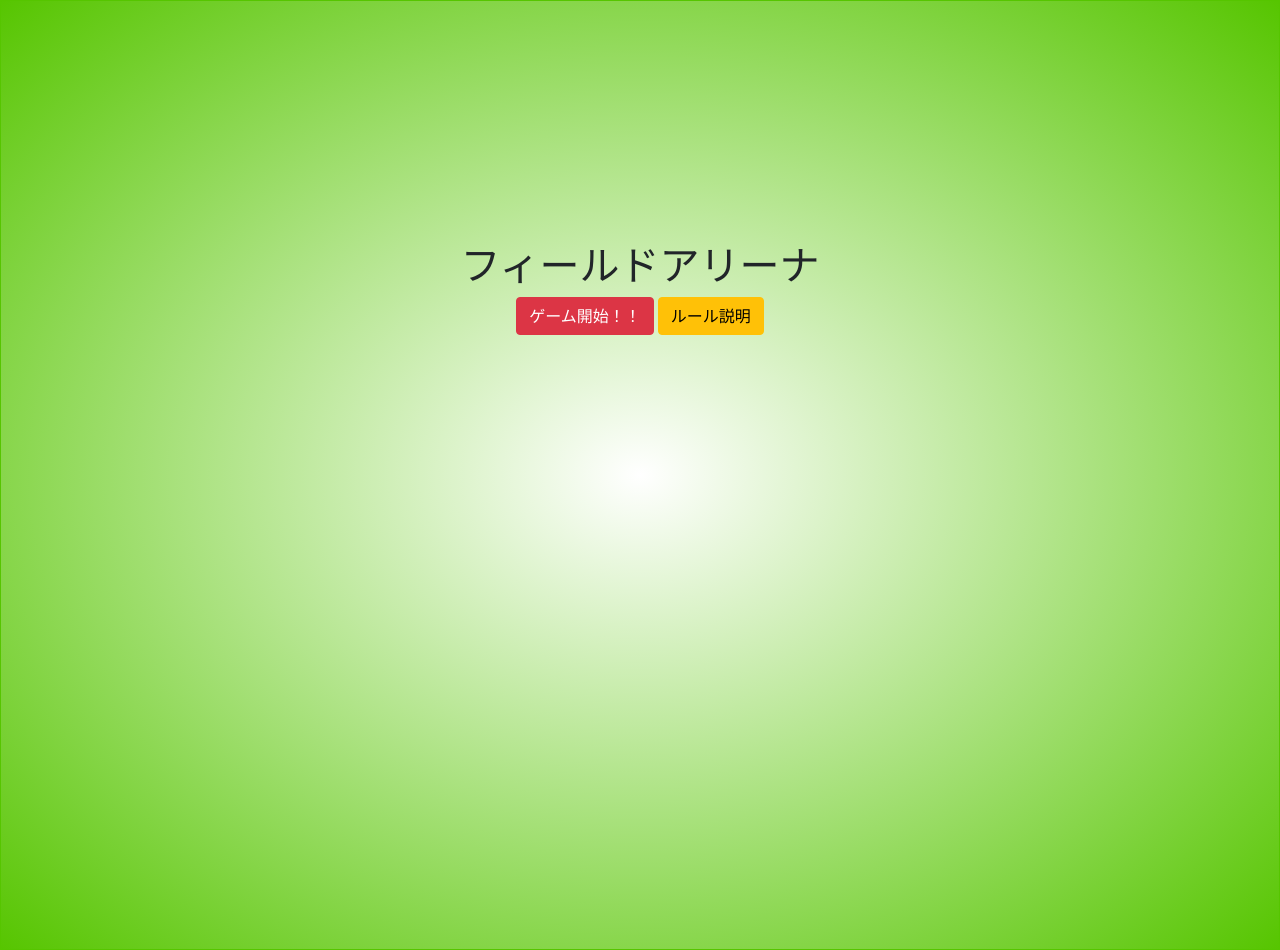
Repository: e1b21074/field_arena
Page: .log/field_arena/src/main/resources/static/index.html
These files come from the project's save history. The page is drawn as it stood at one moment and after a run of saves; the edit follows.
The browser window is 1280 px wide. The pictures show the whole page.

Above is the page before, as saved 2024-01-09 14:55:15.

### .log/field_arena/src/main/resources/static/index.html
<!DOCTYPE html>
<html lang="en">

<head>
  <meta charset="UTF-8">
  <meta name="viewport" content="width=device-width, initial-scale=1.0">
  <!-- bootstrap CSS -->
  <link href="https://cdn.jsdelivr.net/npm/bootstrap@5.0.2/dist/css/bootstrap.min.css" rel="stylesheet"
    integrity="sha384-EVSTQN3/azprG1Anm3QDgpJLIm9Nao0Yz1ztcQTwFspd3yD65VohhpuuCOmLASjC" crossorigin="anonymous">

  <title>カードゲーム</title>

  <style>
    .gradient {
      background:radial-gradient(#fff, #56C500);
      height: 950px;
      border: 1px solid #56C500;
  }
  </style>
</head>

<body class="gradient">
  <center>
    <div style="text-align: center;">
      <br><br><br><br><br><br><br><br><br><br>

      <h1>フィールドアリーナ</h1>
      <button type="button" class="btn btn-danger" onclick="location.href='/gamearea'">ゲーム開始！！</button>
      <button type="button" class="btn btn-warning" onclick="location.href='/rule'">ルール説明</button>
    </div>
  </center>

  <script src="https://cdn.jsdelivr.net/npm/bootstrap@5.0.2/dist/js/bootstrap.bundle.min.js"
    integrity="sha384-MrcW6ZMFYlzcLA8Nl+NtUVF0sA7MsXsP1UyJoMp4YLEuNSfAP+JcXn/tWtIaxVXM"
    crossorigin="anonymous"></script>
</body>

</html>

After the next 2 saves:
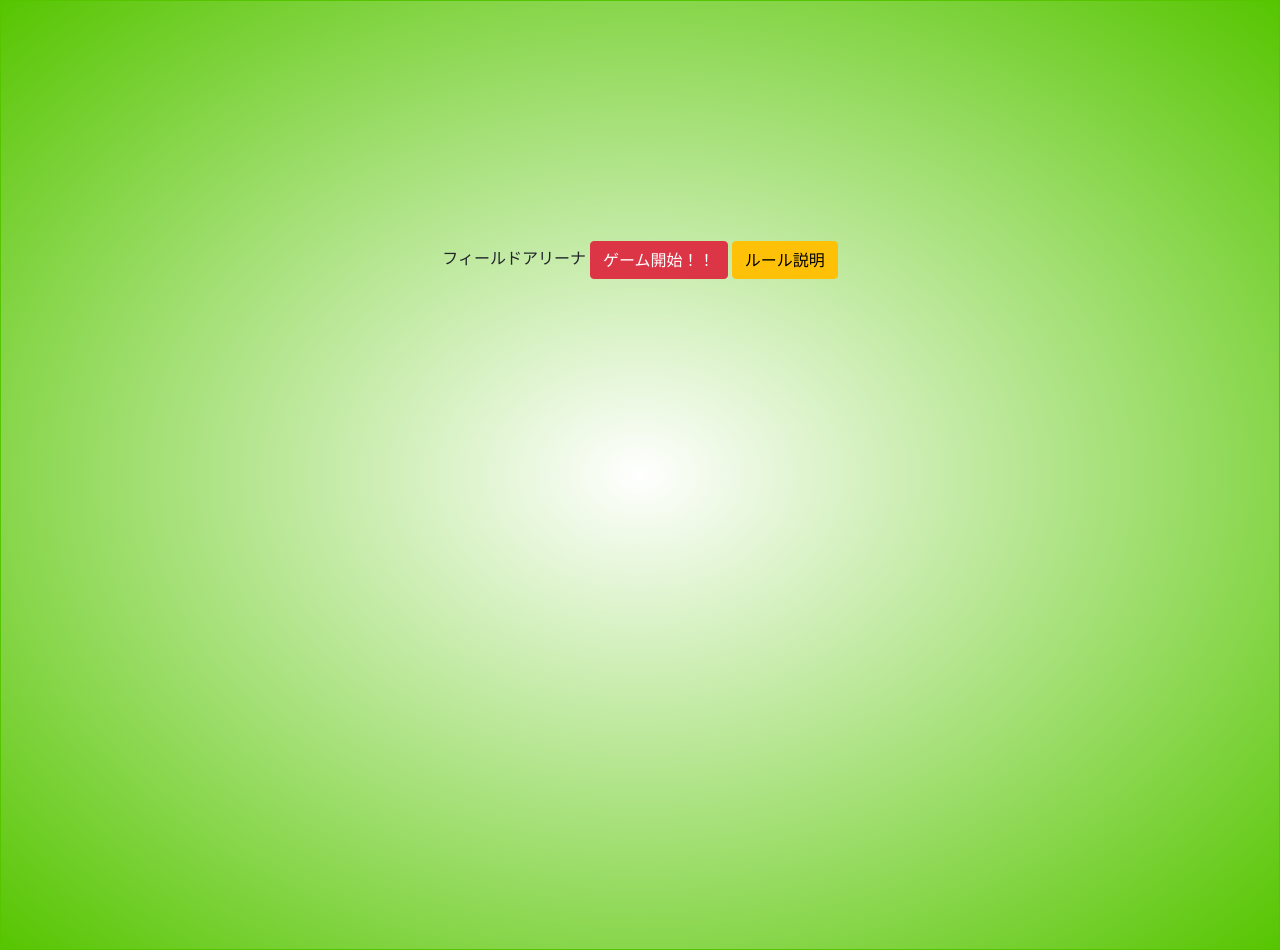
The 2 saves are shown as one change because they came seconds apart.
The last was saved 9 s later.
--- a/.log/field_arena/src/main/resources/static/index.html
+++ b/.log/field_arena/src/main/resources/static/index.html
@@ -23,7 +23,7 @@
   <center>
     <div style="text-align: center;">
       <br><br><br><br><br><br><br><br><br><br>
-
+      <font size=
       <h1>フィールドアリーナ</h1>
       <button type="button" class="btn btn-danger" onclick="location.href='/gamearea'">ゲーム開始！！</button>
       <button type="button" class="btn btn-warning" onclick="location.href='/rule'">ルール説明</button>

After the 3 saves that followed:
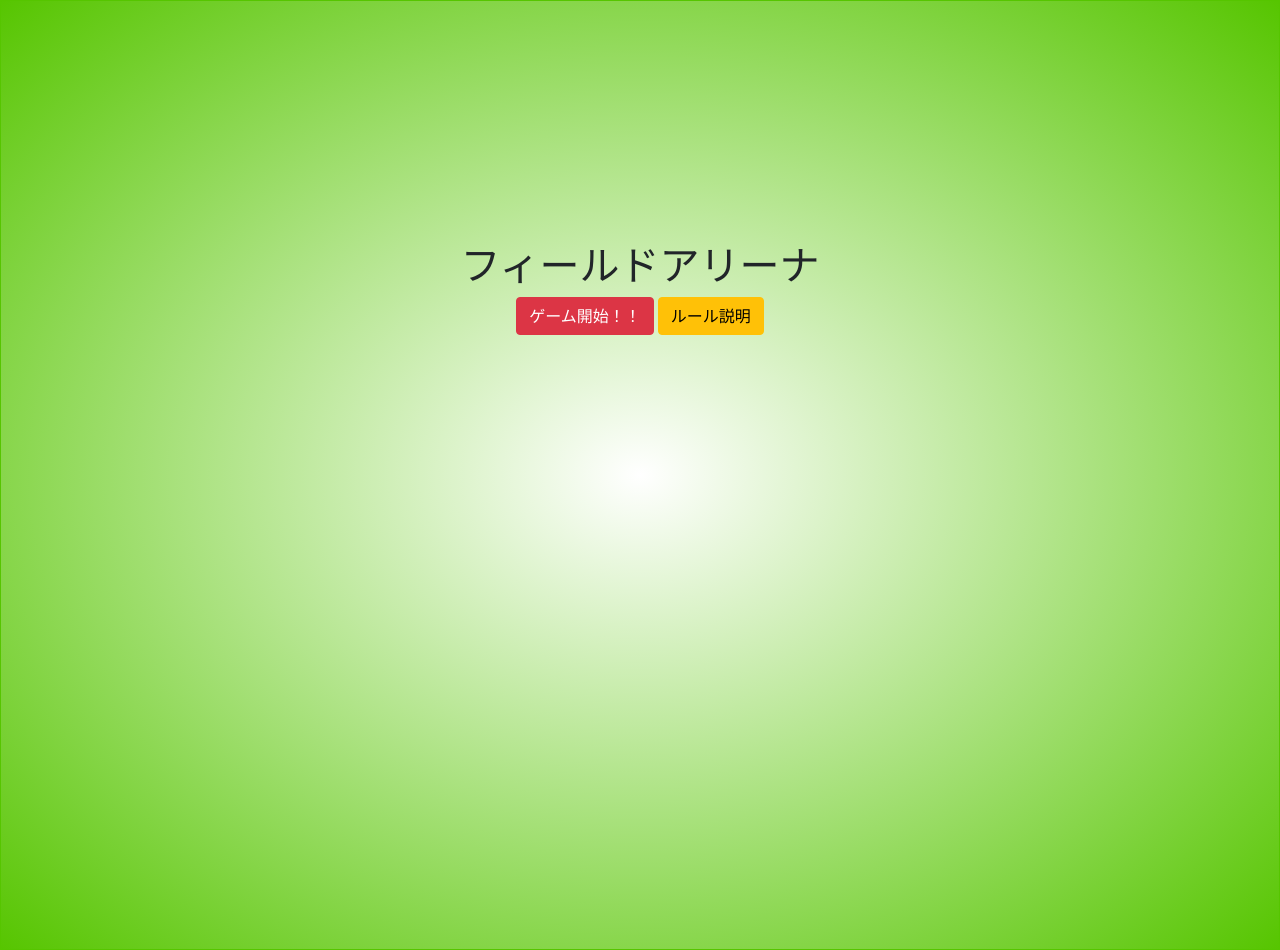
The 3 saves are shown as one change because they came seconds apart.
The last was saved 7 s later.
--- a/.log/field_arena/src/main/resources/static/index.html
+++ b/.log/field_arena/src/main/resources/static/index.html
@@ -23,7 +23,7 @@
   <center>
     <div style="text-align: center;">
       <br><br><br><br><br><br><br><br><br><br>
-      <font size=
+      <font size="7"></font>
       <h1>フィールドアリーナ</h1>
       <button type="button" class="btn btn-danger" onclick="location.href='/gamearea'">ゲーム開始！！</button>
       <button type="button" class="btn btn-warning" onclick="location.href='/rule'">ルール説明</button>
